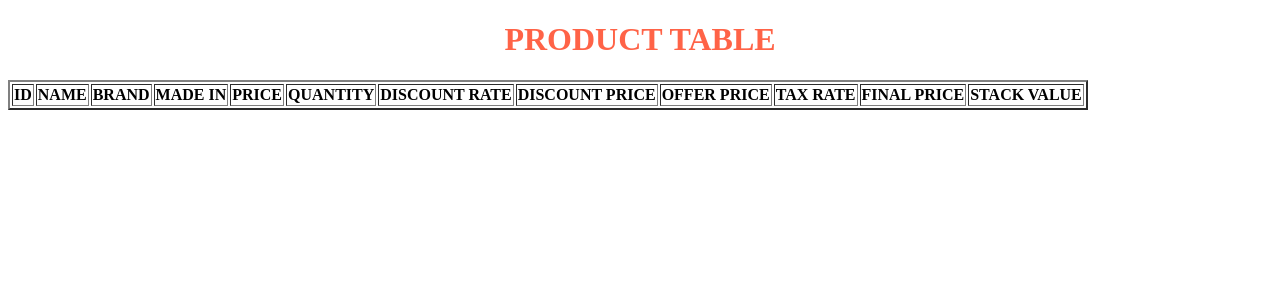
Repository: madhan-sampath/sampathprojects
Page: http://localhost/productlist
These files come from the project's save history. The page is drawn as it stood at one moment and after the next save; the edit follows.
The browser window is 1280 px wide. The pictures show the whole page.
The page is this project's Thymeleaf template; nobody is signed in. The template is opened directly, without the code that normally fills it, so the values that code supplies are empty.

Above is the page before, as saved 2024-12-20 09:30:47.

After the next save:
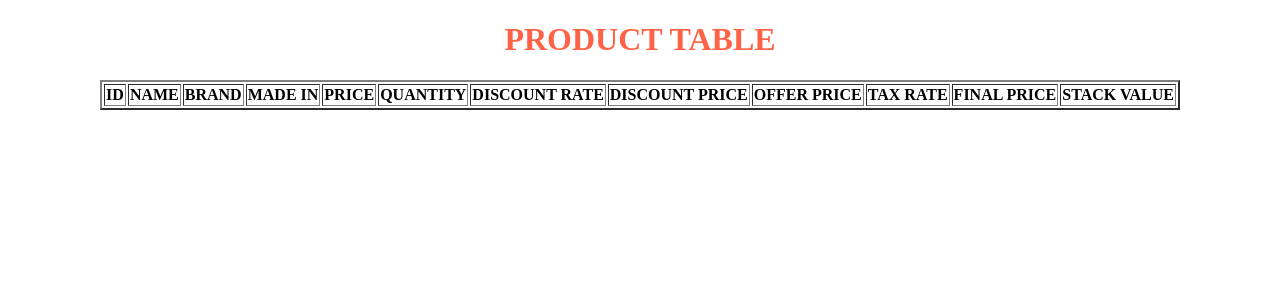
Saved 41 s later.
--- a/SpringBootMvcExample/src/main/resources/templates/productlist.html
+++ b/SpringBootMvcExample/src/main/resources/templates/productlist.html
@@ -3,7 +3,8 @@
 	<title>All Products</title>
 </head>
 <body>
-	<div style="align-items: center;">
+	<div>
+		<center>
 		<h1 style="text-align: center;color: tomato;">PRODUCT TABLE</h1>
 		<table border="2" style="text-align: center;">
 			<thead>
@@ -39,6 +40,7 @@
 									</tr>
 			</tbody>
 		</table>
+		</center>
 	</div>
 </body>
 </html>
